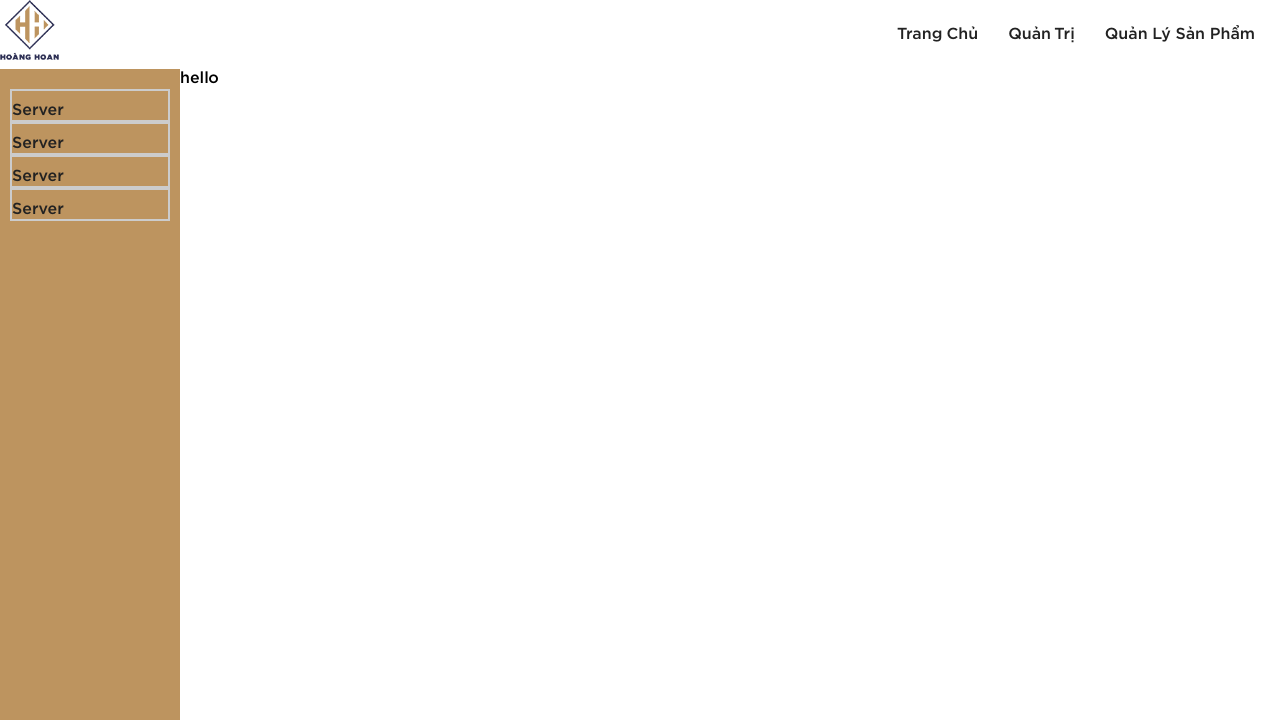
Repository: LDDUNG2003/prj_2
Page: /adminLocal
These files come from the project's save history. The page is drawn as it stood at one moment and after the next save; the edit follows.
The browser window is 1280 px wide. The pictures show the whole page.
The project was rebuilt for these pictures with package versions that can differ from the ones it lists, and the page was loaded fresh each time. Also part of the build but not shown: src/layouts/header/itemsHeader/index.js, src/layouts/header/loginHeader/index.js, src/layouts/header/index.js, src/layouts/footer/index.js, src/layouts/defaultLayout/index.js, src/font-awesome/index.js, src/pages/home/setProductSlick/index.js, src/pages/home/index.js and 9 more.

Above is the page before, as saved 2023-10-02 15:52:26.

After the next save:
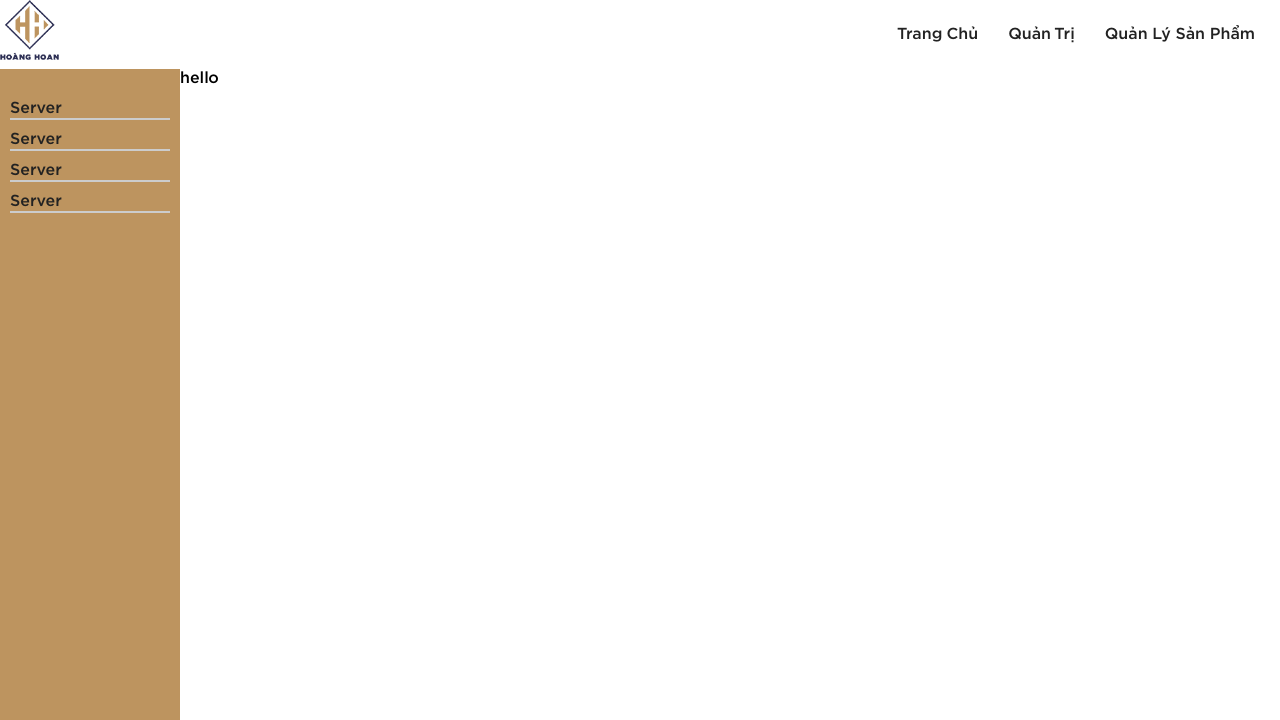
Saved 12 s later.
--- a/src/layouts/AdminLayout/styles/index.css
+++ b/src/layouts/AdminLayout/styles/index.css
@@ -48,5 +48,5 @@
 
 .Menu-List--item {
     padding-top: 10px;
-    border: 2px solid #ccc;
+    border-bottom: 2px solid #ccc;
 }
